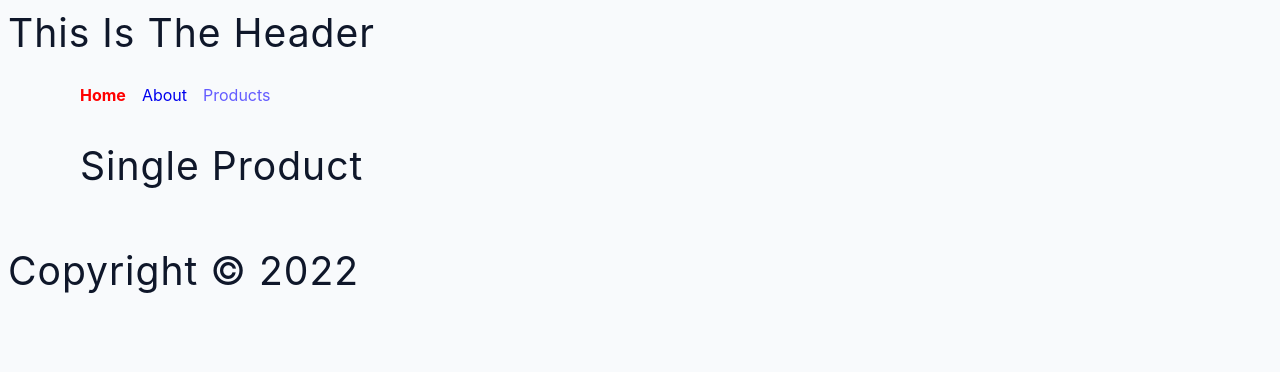
Repository: kennedyowusu/react-router-tutorial
Page: /products/rec5NBwZ5zCD9nfF0
An editor plug-in stored every save of this project. The page is shown before and after the next save, followed by the edit.
The browser window is 1280 px wide. The pictures show the whole page.
The project was rebuilt for these pictures with package versions that can differ from the ones it lists, and the page was loaded fresh each time. Also part of the build but not shown: src/pages/About.js, src/pages/Products.js, src/pages/Home.js, src/pages/Error.js, src/components/Navbar.js.

Above is the page before, as saved 2022-12-27 17:55:11.

After the next save:
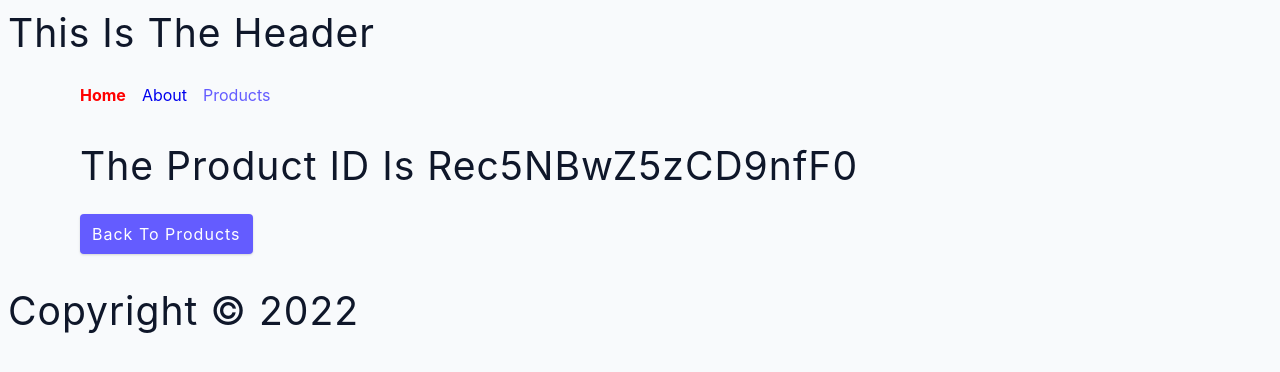
Saved 2 min 4 s later.
--- a/src/pages/SingleProduct.js
+++ b/src/pages/SingleProduct.js
@@ -1,4 +1,4 @@
-import { useParams } from "react-router-dom";
+import { useParams, Link } from "react-router-dom";
 
 const SingleProduct = () => {
   const { productId } = useParams();
@@ -6,7 +6,8 @@ const SingleProduct = () => {
 
   return (
     <section className='section product'>
-      <h2>single product</h2>
+      <h2>The product ID is { productId}</h2>
+      <Link to='/products' className='btn'> back to products</Link>
     </section>
   );
 };
